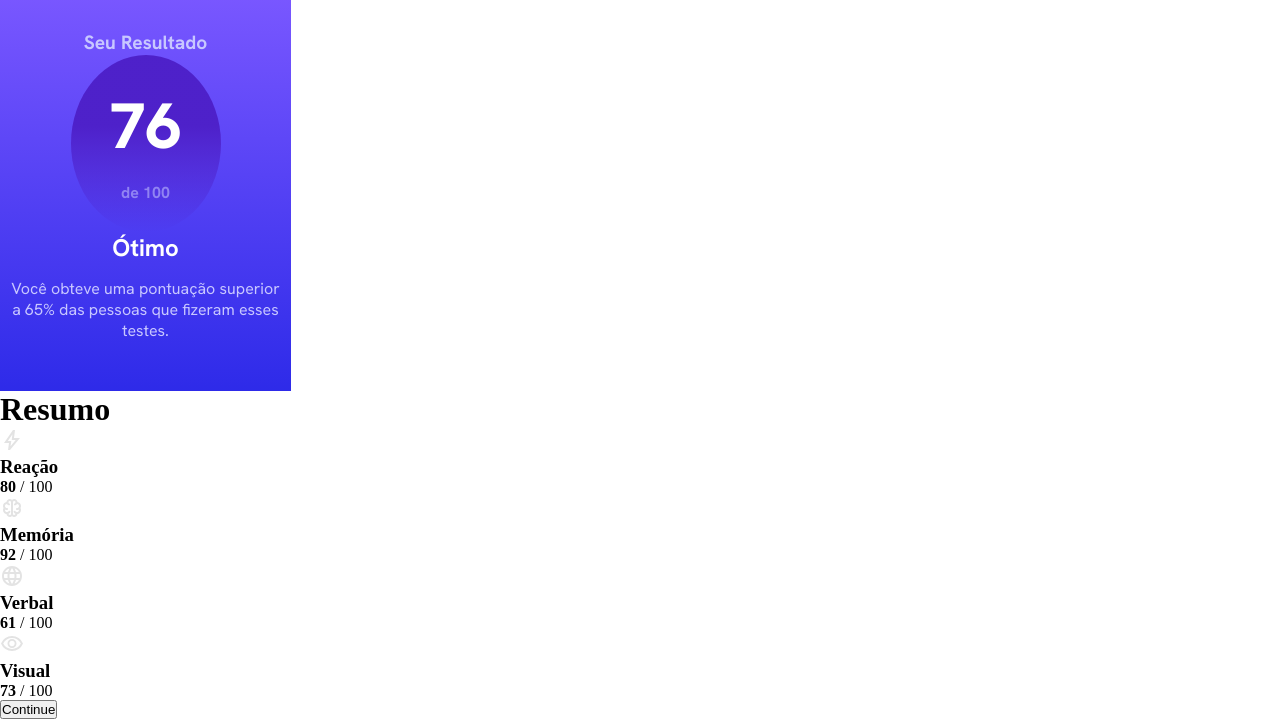
Repository: caique2512/resumo-de-resultados
Page: index.html
These files come from the project's save history. The page is drawn as it stood at one moment and after the next save; the edit follows.
The browser window is 1280 px wide. The pictures show the whole page.

Above is the page before, as saved 2026-03-09 16:56:04.

### index.html
<!DOCTYPE html>
<html lang="pt-br">
<head>
    <meta charset="UTF-8">
    <meta name="viewport" content="width=device-width, initial-scale=1.0">
    <title>Resumo de Resultados</title>
    <link rel="stylesheet" href="src/css/estilos.css">
    <link rel="stylesheet" href="src/css/reset.css">
</head>
<body>
    <main class="conteudo">
        <div class="principal">
            <h1 class="titulo">Seu Resultado</h1>
            <div class="circulo">
                <h2>76</h2>
                <p>de 100</p>
            </div>
            <h2>Ótimo</h2>
            <p class="subtitle">Você obteve uma pontuação superior a 65% das pessoas que fizeram esses testes.</p>
        </div>
        <div>
            <h1 class="titulo1">Resumo</h1>
            <div class="classes">
                <div class="resumo1">
                    <img src="./src/images/raio.svg" alt="Raio">
                    <h3>Reação</h3>
                    <p><strong>80</strong> / 100</p>
                </div>
                <div class="resumo2">
                    <img src="./src/images/memoria.svg" alt="Memória">
                    <h3>Memória</h3>
                    <p><strong>92</strong> / 100</p>
                </div>
                <div class="resumo3">
                    <img src="./src/images/mensagem.svg" alt="Mensagem">
                    <h3>Verbal</h3>
                    <p><strong>61</strong> / 100</p>
                </div>
                <div class="resumo4">
                    <img src="./src/images/olho.svg" alt="olho">
                    <h3>Visual</h3>
                    <p><strong>73</strong> / 100</p>
                </div>
            </div>
            <button class="btn-resumo">Continue</button>
        </div>
    </main>
</body>
</html>

### src/css/estilos.css
@import url('https://fonts.googleapis.com/css2?family=Hanken+Grotesk:ital,wght@0,100..900;1,100..900&display=swap');


.principal {
    background: linear-gradient(hsl(252, 100%, 67%), hsl(241, 81%, 54%));
    width: 291px;
    height: 391px;
    display: flex;
    flex-direction: column;
    align-items: center;
}

.titulo {
    color: hsl(241, 100%, 89%);
    font-family: "Hanken Grotesk";
    margin-top: 30px;
    font-size: 1.2rem;
}

.circulo {
    background: linear-gradient(hsla(256, 72%, 46%, 1) 40%, hsla(241, 72%, 46%, 0));
    width: 150px;
    height: 50%;
    border-radius: 50%;
    display: flex;
    align-items: center;
    justify-content: center;
    flex-direction: column;
}

.circulo h2 {
    font-size: 4rem;
    font-family: "Hanken Grotesk";
    font-weight: 800;
    color: hsl(0, 0%, 100%);
}

.circulo p {
    color: hsla(241, 100%, 89%, 0.538);
    font-family: "Hanken Grotesk";
    font-weight: 700;
}

.principal h2 {
    color: white;
    font-family: "Hanken Grotesk";
    margin-bottom: 15px;
}

.principal .subtitle {
    color: hsl(241, 100%, 89%);
    font-family: "Hanken Grotesk";
    width: 270px;
    display: flex;
    text-align: center;
    margin-bottom: 50px;
}

Loaded but not shown: src/css/reset.css (common file)

After the next save:
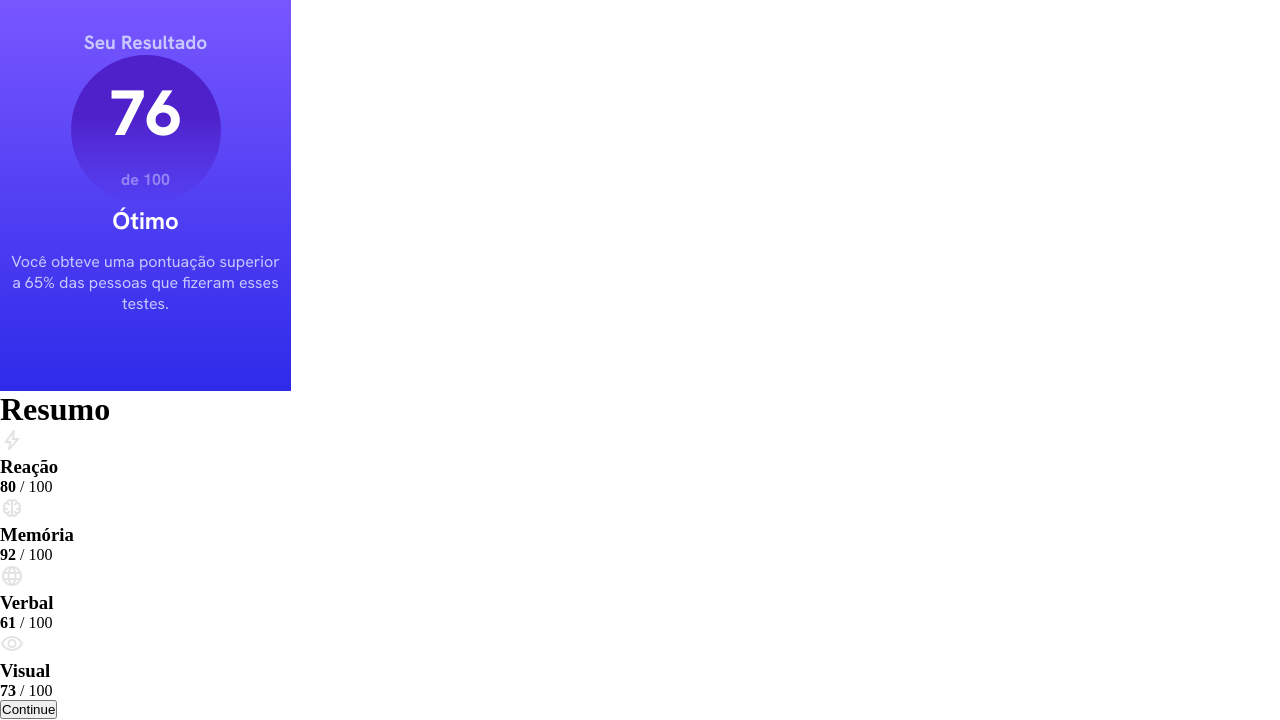
Saved 8 s later.
--- a/src/css/estilos.css
+++ b/src/css/estilos.css
@@ -20,7 +20,7 @@
 .circulo {
     background: linear-gradient(hsla(256, 72%, 46%, 1) 40%, hsla(241, 72%, 46%, 0));
     width: 150px;
-    height: 50%;
+    height: 150px;
     border-radius: 50%;
     display: flex;
     align-items: center;
